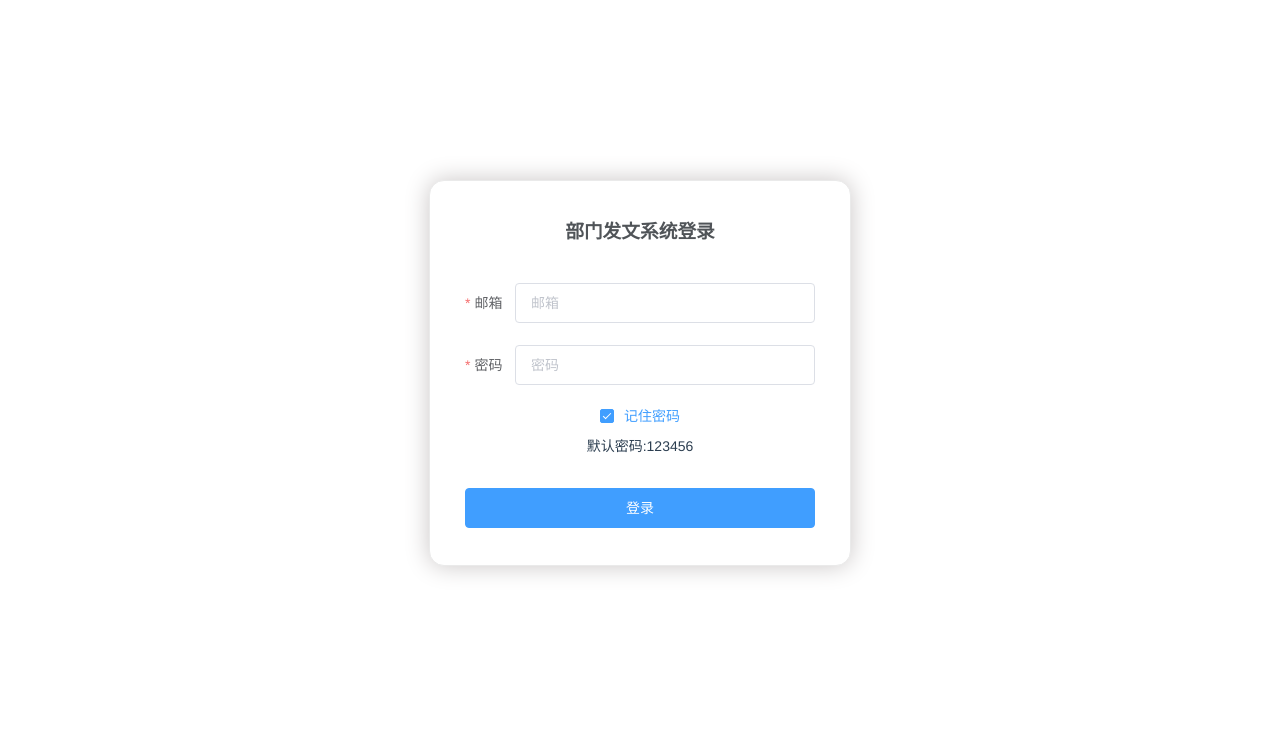
Repository: ruiban/DeptFileSiteFrontend
Page: /
These files come from the project's save history. The page is drawn as it stood at one moment and after the next save; the edit follows.
The browser window is 1280 px wide. The pictures show the whole page.
The project was rebuilt for these pictures with package versions that can differ from the ones it lists, and the page was loaded fresh each time.

Above is the page before, as saved 2021-07-19 09:57:57.

After the next save:
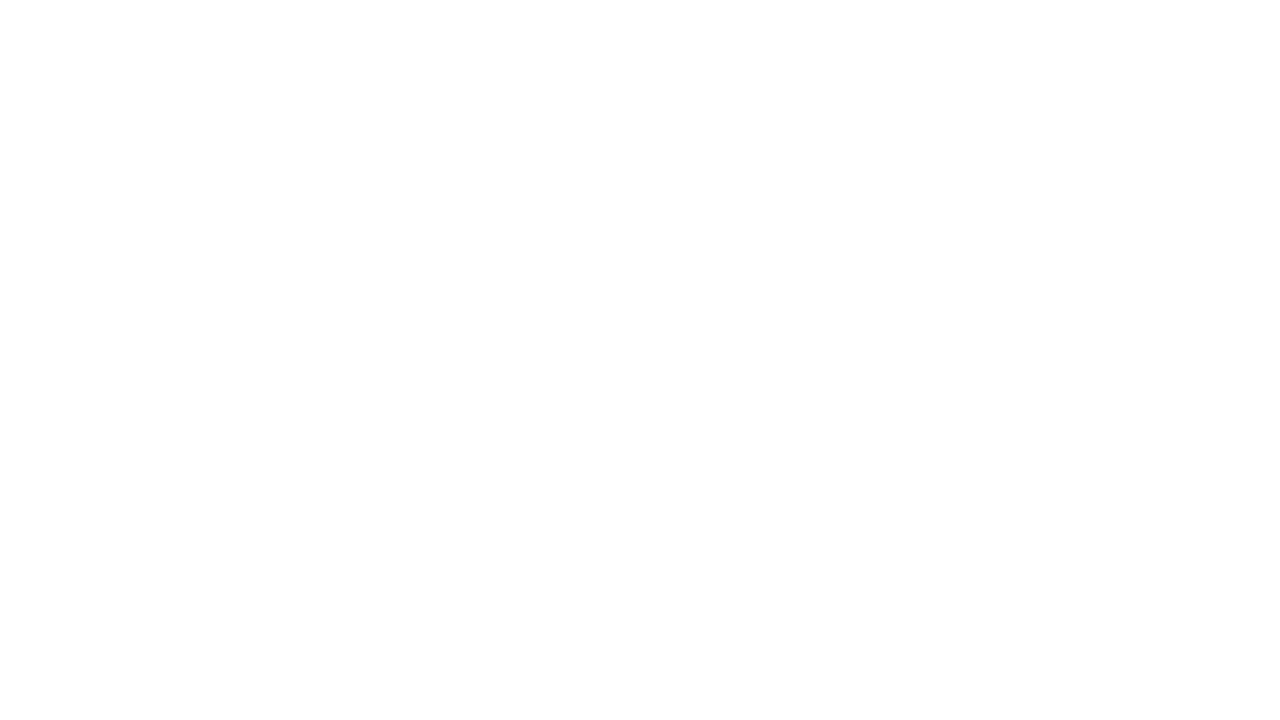
Console error (its wording comes from the project's code and is left out).
Saved 8 s later.
--- a/src/router/index.js
+++ b/src/router/index.js
@@ -58,13 +58,7 @@
         },
 
         {
-            path: '/home',
-            name: '首页',
-            component: Home,
-            meta: {
-                requireAuth: true,
-                breadcrumb: '首页'
-            },
+
 
 
         },

After the save that followed:
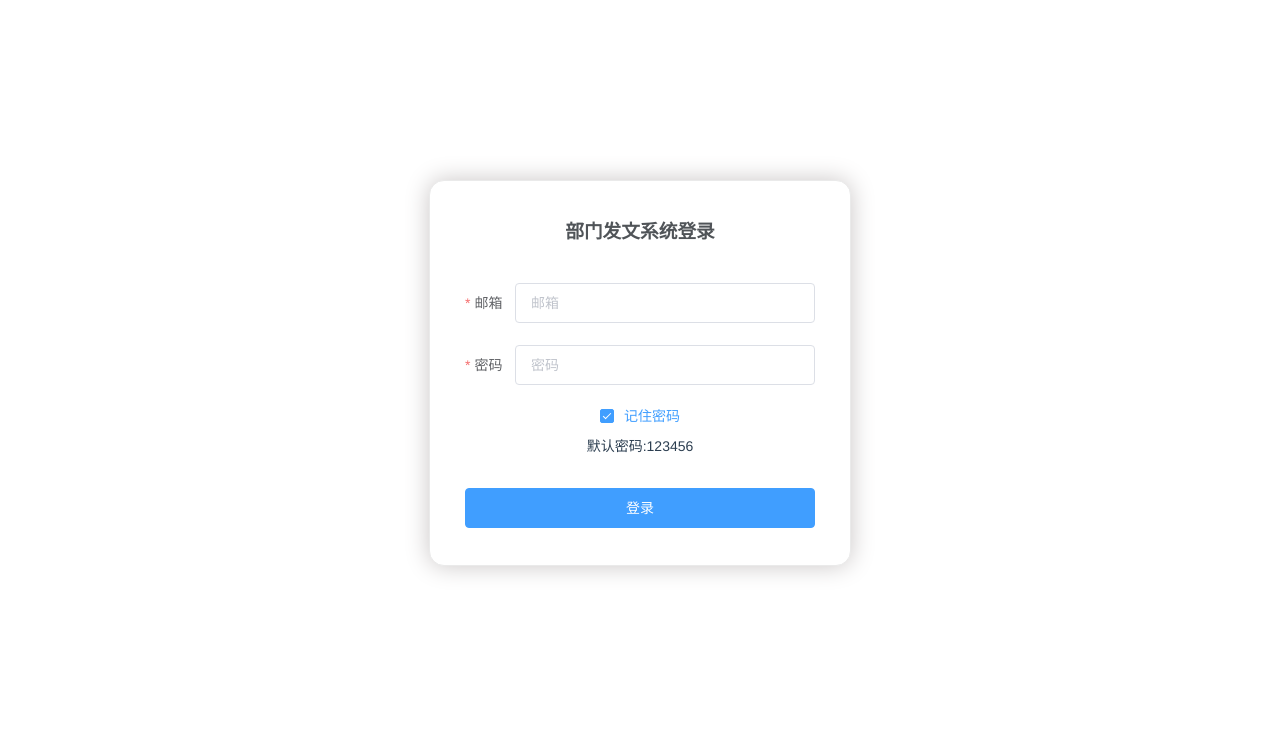
The error is gone.
Saved 54 s later.
--- a/src/router/index.js
+++ b/src/router/index.js
@@ -58,8 +58,25 @@
         },
 
         {
-
-
+            path: '/home',
+            name: '首页',
+            component: Home,
+            meta: {
+                requireAuth: true,
+                breadcrumb: '首页'
+            },
+            children: [
+                {
+                    path: '/temperature',
+                    name: '体温记录',
+                    iconCls: 'el-icon-s-data',
+                    component: Temperature,
+                    meta: {
+                        requireAuth: true,
+                        breadcrumb: '体温记录'
+                    }
+                }
+            ]
 
         },
 
